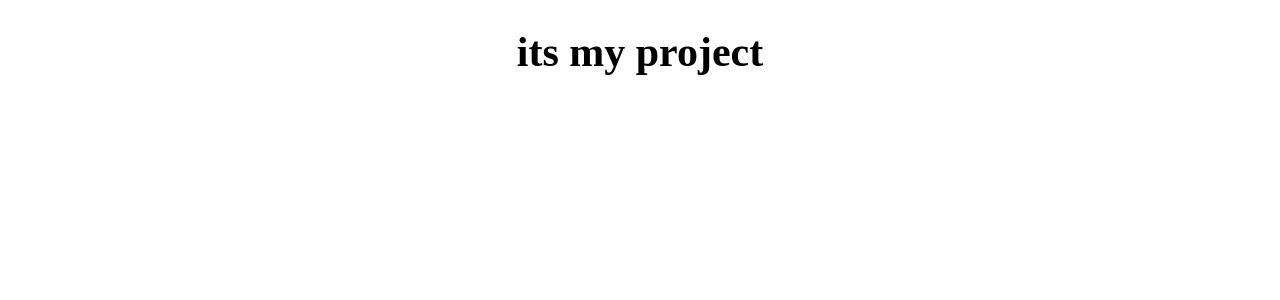
Repository: Hansol46/Films-archive
Page: /
An editor plug-in stored every save of this project. The page is shown before and after the next save, followed by the edit.
The browser window is 1280 px wide. The pictures show the whole page.
The project was rebuilt for these pictures with package versions that can differ from the ones it lists, and the page was loaded fresh each time. Also part of the build but not shown: webpack.config.js.

Above is the page before, as saved 2020-09-24 18:24:41.

### src/index.html
<!DOCTYPE html>
<html lang="en">
<head>
    <meta charset="UTF-8">
    <meta name="viewport" content="width=device-width, initial-scale=1.0">
    <title>Search Films</title>
</head>
<body>
    <div id='root'>

    </div>
</body>
</html>

### src/index.js
import React from 'react'
import ReactDOM from 'react-dom'
import App from './components/App'


ReactDOM.render(<App />, document.getElementById('root'))

### src/components/App.js
import React from 'react'
import '../styles/App.css'
// import '../styles/App.module.sass'

// class App extends React.Component {
//     render() {
//         return (
//             <div>
//                 <h1> its my project</h1>
//             </div>
//         )
//     }
// }
function App () {
    return (
        <div>
            <h1> its my project</h1>
        </div>
    )
}

export default App

### src/styles/App.css
h1 {
    color: black;
    text-align: center;
    font-size: 42px;
}

### src/components/Search.js
import React from 'react'

function Search() {
    const APIurl = 'http://img.omdbapi.com/?apikey=[yourkey]&'
    async function getMovies(){
        const response = await fetch(APIurl)
        const responseData = await response.json()

        return responseData

    }
    return (
        <>
        <button onClick={()=> getMovies}> fetched </button>
        </>
    )
}
export  default Search

After the next save:
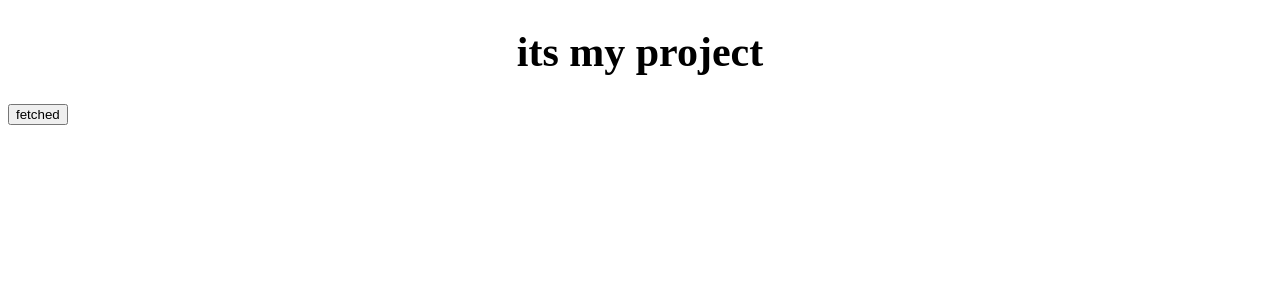
Saved 39 s later.
--- a/src/components/App.js
+++ b/src/components/App.js
@@ -1,5 +1,6 @@
 import React from 'react'
 import '../styles/App.css'
+import Search from './Search'
 // import '../styles/App.module.sass'
 
 // class App extends React.Component {
@@ -15,6 +16,7 @@
     return (
         <div>
             <h1> its my project</h1>
+            <Search />
         </div>
     )
 }

After the 2 saves that followed:
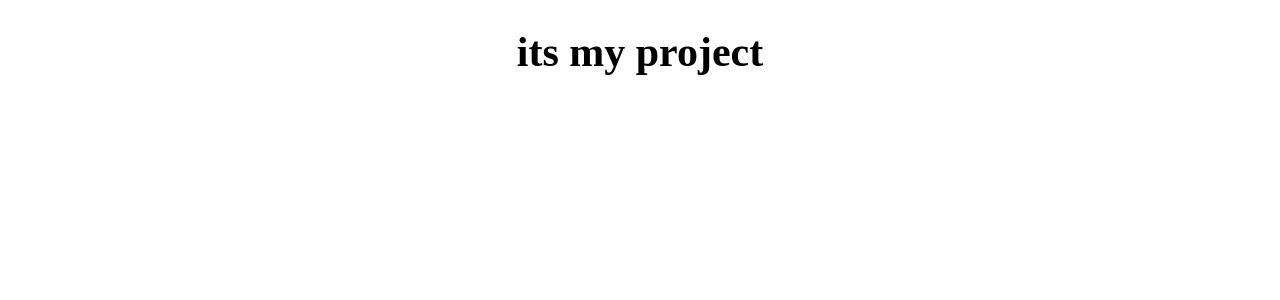
The 2 saves are shown as one change because 1 left the picture as it was.
The last was saved 60 s later.
--- a/src/components/Search.js
+++ b/src/components/Search.js
@@ -5,13 +5,13 @@
     async function getMovies(){
         const response = await fetch(APIurl)
         const responseData = await response.json()
-
+        console.log(responseData)
         return responseData
 
     }
     return (
         <>
-        <button onClick={()=> getMovies}> fetched </button>
+        {/* <button onClick={()=> getMovies()}> fetched </button> */}
         </>
     )
 }
